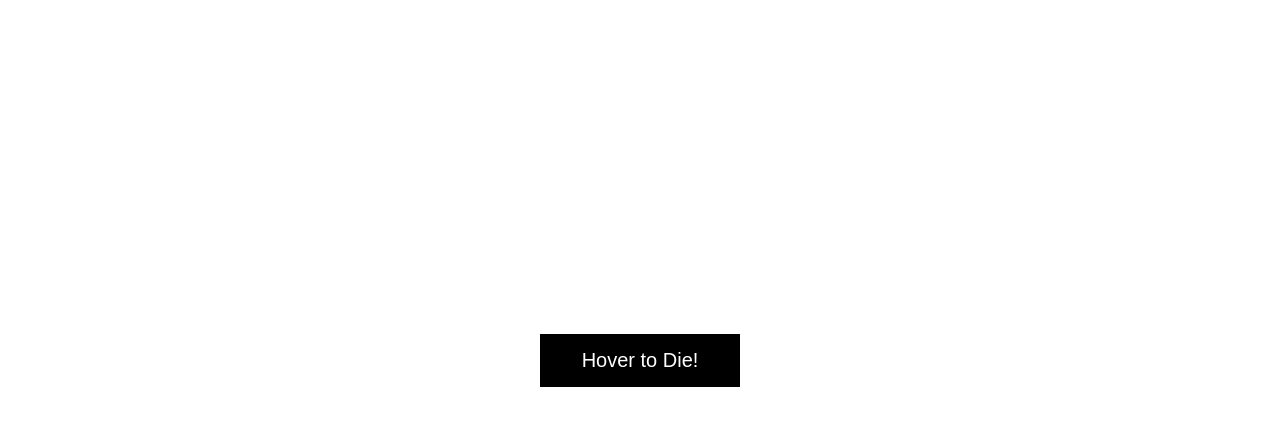
Repository: safak/animation
Page: index.html
These files come from the project's save history. The page is drawn as it stood at one moment and after the next save; the edit follows.
The browser window is 1280 px wide. The pictures show the whole page.

Above is the page before, as saved 2020-12-17 01:55:15.

After the next save:
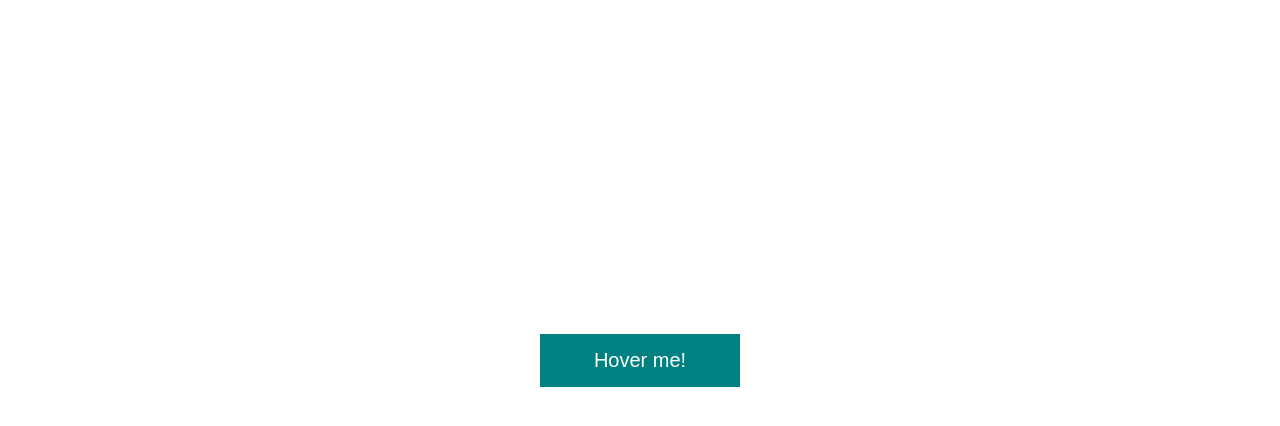
Saved 21 s later.
--- a/style.css
+++ b/style.css
@@ -21,6 +21,7 @@ button {
 
 .button-1 {
   background-color: black;
+  display: none;
 }
 
 .button-1:hover.button-1::before {
@@ -64,5 +65,4 @@ button {
 
 .button-2 {
   background-color: teal;
-  display: none;
-}
+z-index: 1;}
